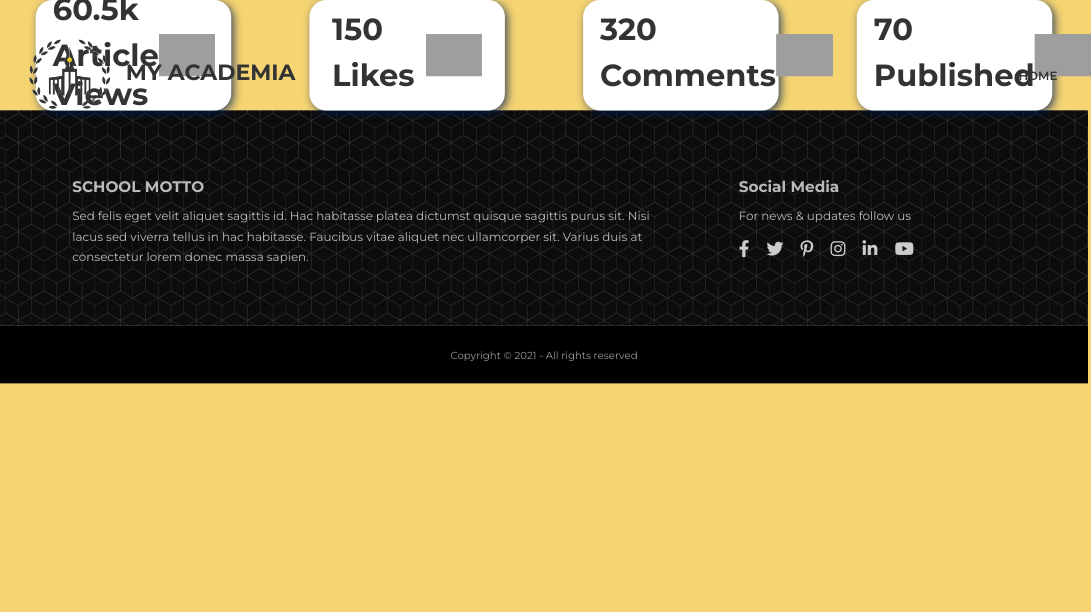
Repository: SaxenaAbhay/DBMS2023
Page: http://localhost/dashboard
An editor plug-in stored every save of this project. The page is shown before and after the next save, followed by the edit.
The browser window is 1280 px wide. The page is 1284 px wide, then 1280 px, so the pictures cover 1284 px, including what lies to the right of the window. The pictures show the whole page, at 85% of full size.
Pictures or frames that could not be fetched are drawn as grey boxes. The page is this project's Thymeleaf template; nobody is signed in. The template is opened directly, without the code that normally fills it, so the values that code supplies are empty.

Above is the page before, as saved 2023-10-20 05:10:25.

After the next save:
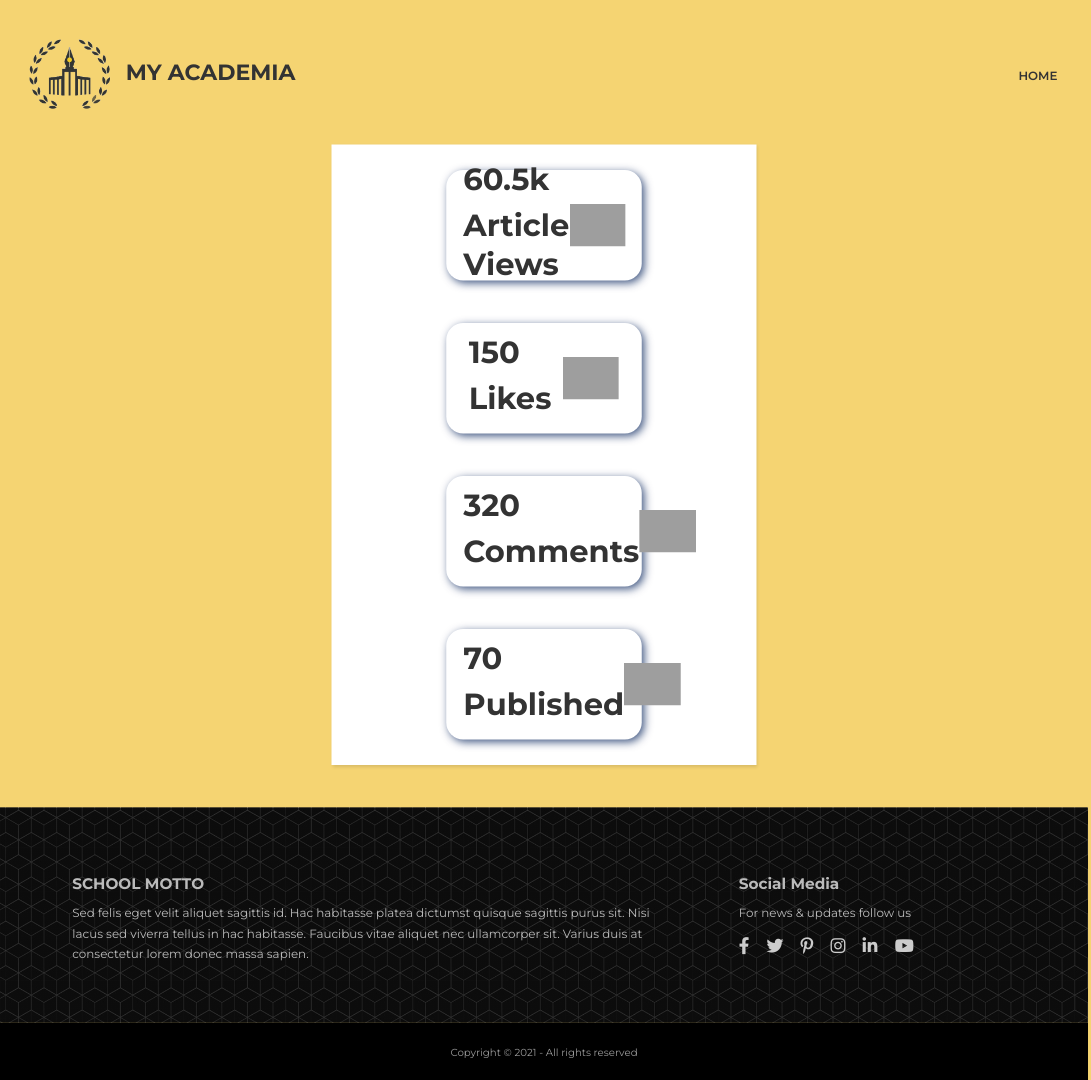
Saved 106 s later.
--- a/school-managment-system/src/main/resources/templates/dashboard.html
+++ b/school-managment-system/src/main/resources/templates/dashboard.html
@@ -61,6 +61,8 @@
         </div>
     </nav>
 
+    <div class="wrapper">
+
     <div class="box-container">
 
                 <div class="box box1">
@@ -106,6 +108,7 @@
 "https://media.geeksforgeeks.org/wp-content/uploads/20221210185029/13.png" alt="published">
                 </div>
             </div>
+         </div>
 
     <!--<div class="wrapper">
         <div class="title">LOGIN</div>
